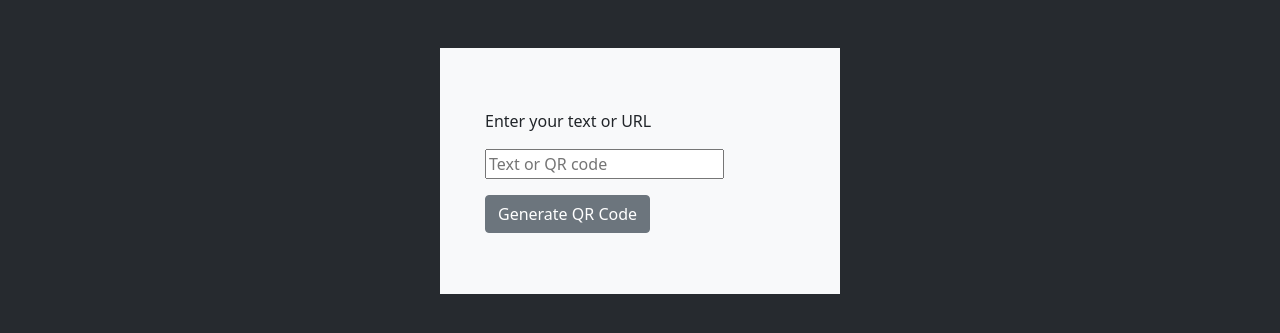
Repository: zeinawady/Qr-Code-Generator-App
Page: index.html
These files come from the project's save history. The page is drawn as it stood at one moment and after the next save; the edit follows.
The browser window is 1280 px wide. The pictures show the whole page.

Above is the page before, as saved 2024-10-30 00:28:45.

After the next save:
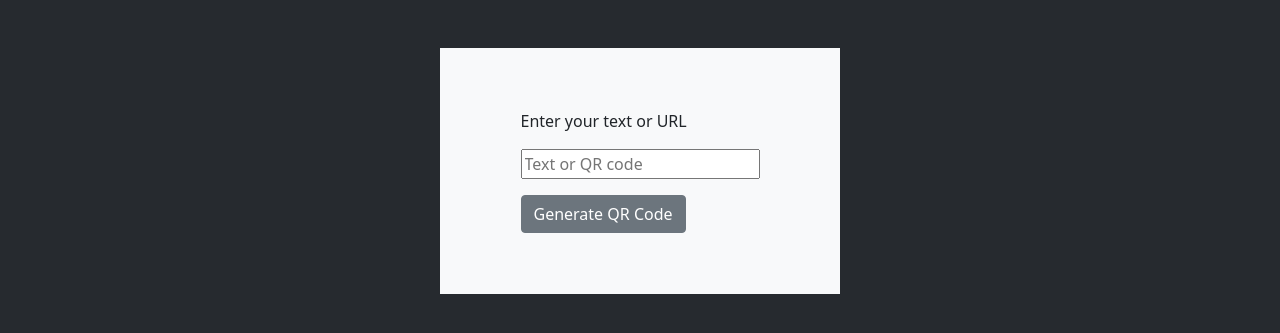
Saved 4 s later.
--- a/index.html
+++ b/index.html
@@ -13,7 +13,7 @@
    <div class="qr-container">
 <p class="my-3">Enter your text or URL</p>
 <input type="text" placeholder="Text or QR code">
-<button class="btn btn-secondary my-3 d">Generate QR Code</button>
+<button class="btn btn-secondary my-3 d-flex justify-content-center">Generate QR Code</button>
    </div>
 </div>
 

After the save that followed:
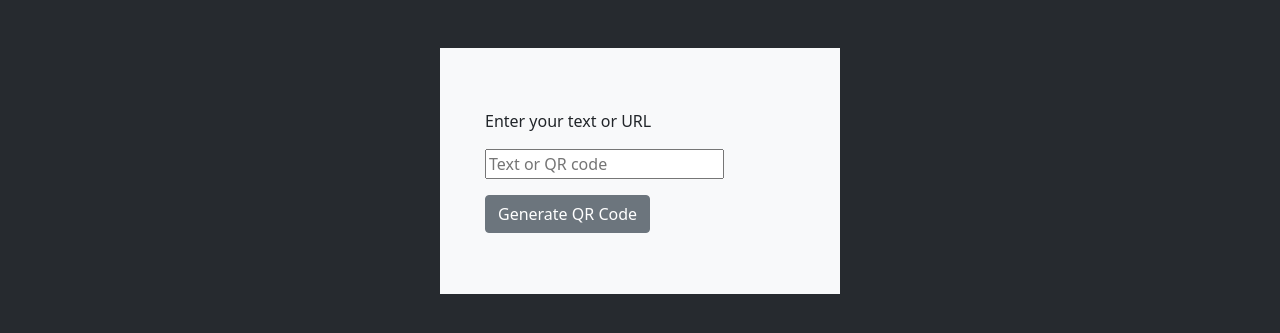
Saved 8 s later.
--- a/index.html
+++ b/index.html
@@ -13,7 +13,7 @@
    <div class="qr-container">
 <p class="my-3">Enter your text or URL</p>
 <input type="text" placeholder="Text or QR code">
-<button class="btn btn-secondary my-3 d-flex justify-content-center">Generate QR Code</button>
+<button class="btn btn-secondary my-3 ">Generate QR Code</button>
    </div>
 </div>
 
